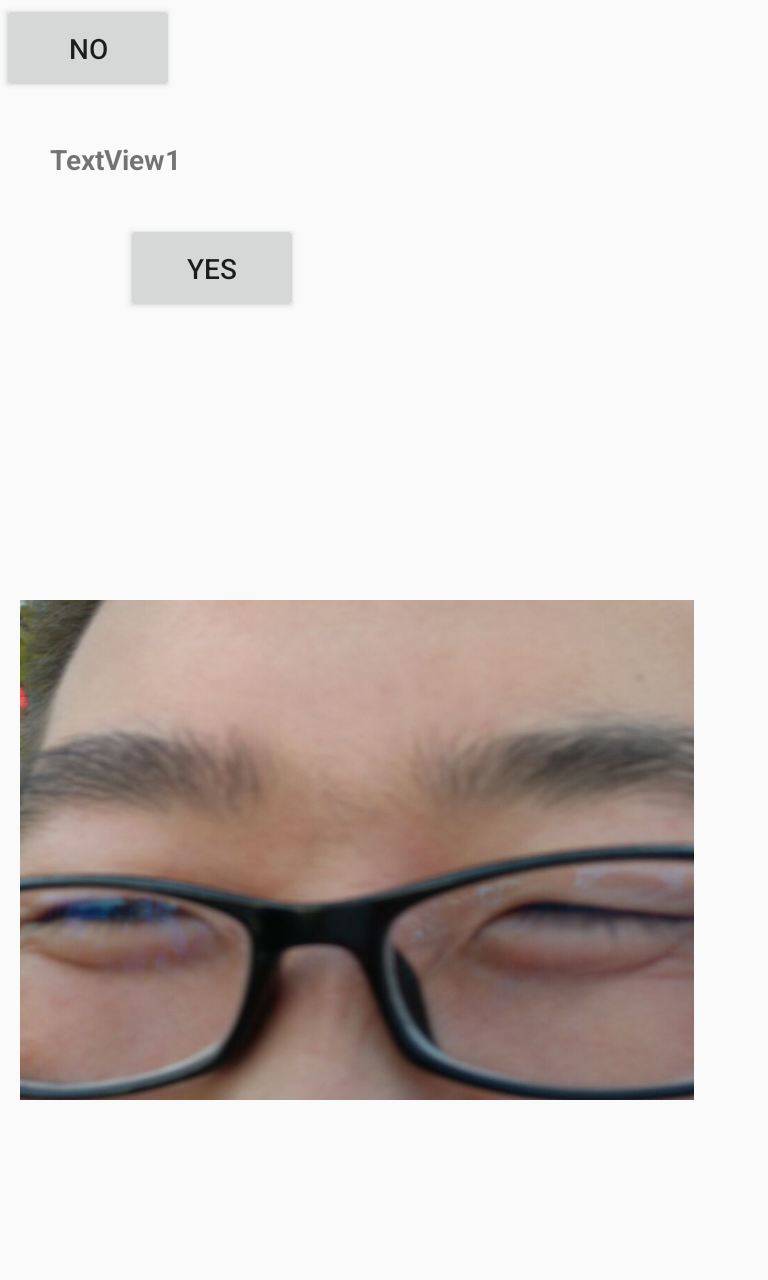
Repository: mjchow/qiuyi
Layout: demo1/res/layout/activity_main.xml
The author's editor kept a copy of each file at every save. The layout is drawn from the files as they stood at one save, then again after the next save.
It is drawn on a 768 x 1280 px phone screen (xhdpi) without system bars, with theme AppTheme; the app's code is not run.

Above is the layout before, as saved 2014-12-25 16:14:31.

### demo1/res/layout/activity_main.xml
<FrameLayout xmlns:android="http://schemas.android.com/apk/res/android"
    xmlns:tools="http://schemas.android.com/tools"
    android:id="@+id/container"
    android:layout_width="match_parent"
    android:layout_height="match_parent"
    tools:context="com.example.demo1.MainActivity"
    tools:ignore="MergeRootFrame" >

    <ImageView
        android:id="@+id/imageview1"
        android:layout_width="480dp"
        android:layout_height="250dp"
        android:layout_marginLeft="10dp"
        android:layout_marginTop="300dp"
        android:scaleType="fitStart"
        android:src="@drawable/ydt1" />

      <TextView
        android:id="@+id/textView1"
        android:layout_width="wrap_content"
        android:layout_height="wrap_content"
        android:layout_marginLeft = "25dp"
        android:layout_marginTop = "70dp"
        android:textStyle="bold"
        android:text="TextView1" />

    <!--  <TextView
        android:id="@+id/textView2"
        android:layout_marginTop="100dp"
        android:layout_width="wrap_content"
        android:layout_height="wrap_content"
        android:text="TextView2" />
        -->
        <Button
        android:id="@+id/button1"
        android:layout_width="wrap_content"
        android:layout_height="wrap_content"
        android:layout_alignParentLeft="true"
        android:layout_below="@+id/textView1"
        android:layout_marginLeft="62dp"
        android:layout_marginTop="110dp"
        android:text="yes" />

    <Button
        android:id="@+id/button2"
        android:layout_width="wrap_content"
        android:layout_height="wrap_content"
        android:layout_below="@+id/textView1"
        android:layout_alignBaseline="@+id/button1"
        android:layout_alignBottom="@+id/button1"
        android:text="no" />

</FrameLayout>

Loaded but not shown: demo1/res/values/styles.xml (common file); demo1/res/values-v11/styles.xml (common file); demo1/res/values-v14/styles.xml (common file)

After the next save:
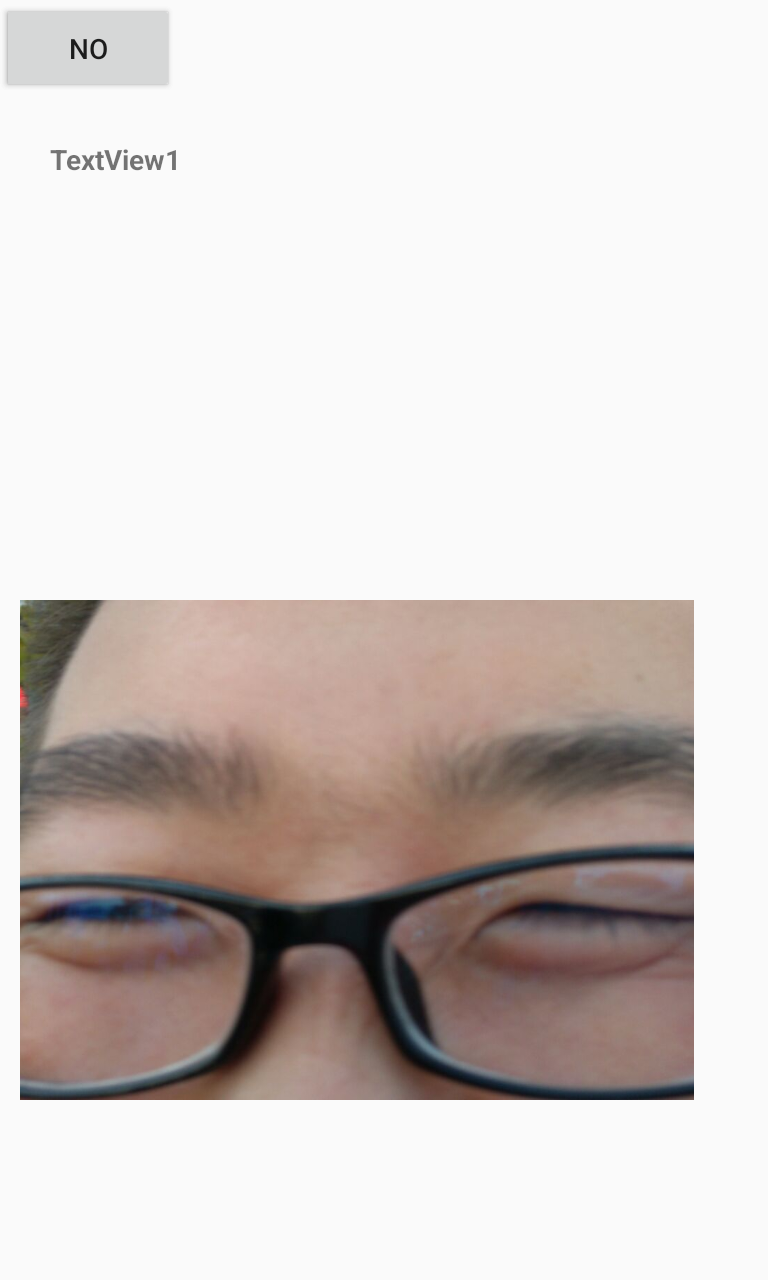
Saved 35 s later.
--- a/demo1/res/layout/activity_main.xml
+++ b/demo1/res/layout/activity_main.xml
@@ -35,10 +35,7 @@
         android:id="@+id/button1"
         android:layout_width="wrap_content"
         android:layout_height="wrap_content"
-        android:layout_alignParentLeft="true"
         android:layout_below="@+id/textView1"
-        android:layout_marginLeft="62dp"
-        android:layout_marginTop="110dp"
         android:text="yes" />
 
     <Button
